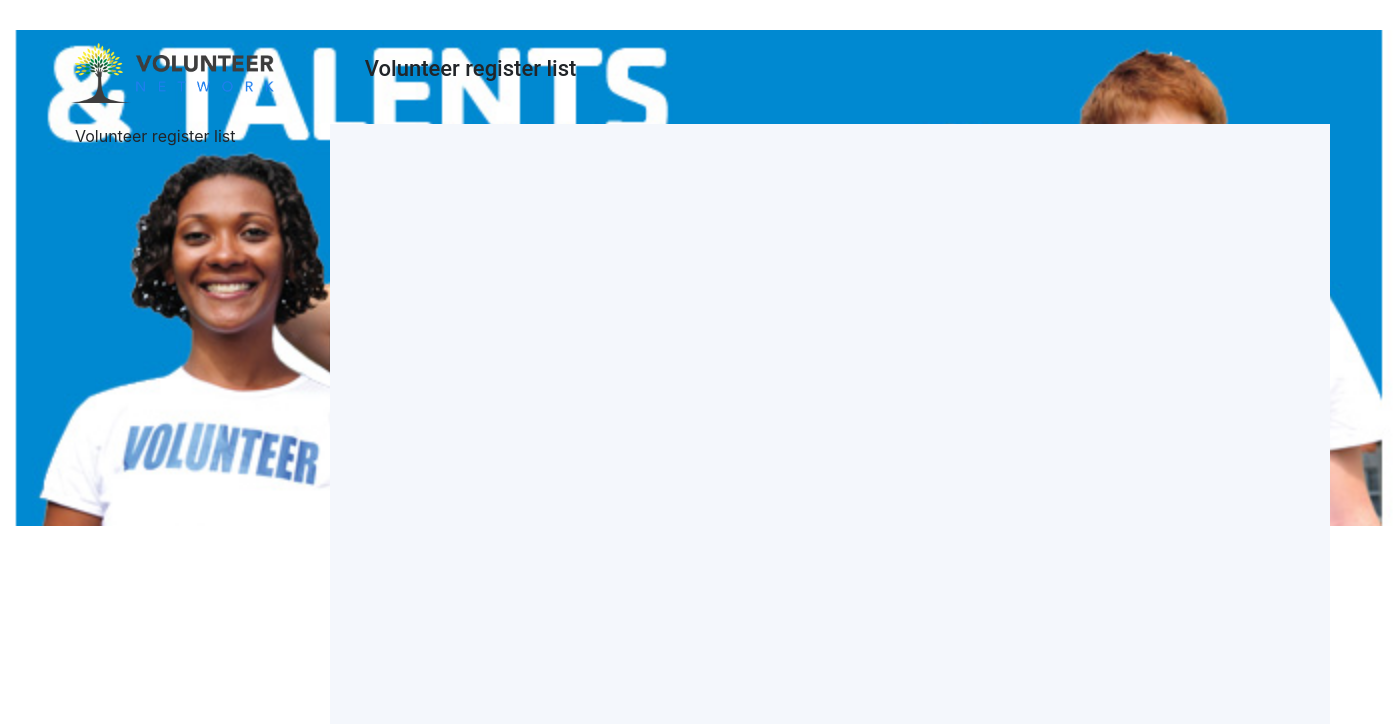
Repository: MdTahsinAmin/volunteer-network-client
Page: /adminPanel
An editor plug-in stored every save of this project. The page is shown before and after the next save, followed by the edit.
The browser window is 1280 px wide. The page is 1400 px wide, so the pictures cover 1400 px, including what lies to the right of the window. The pictures show the whole page.
The project was rebuilt for these pictures with package versions that can differ from the ones it lists, and the page was loaded fresh each time.

Above is the page before, as saved 2020-10-04 23:26:25.

After the next save:
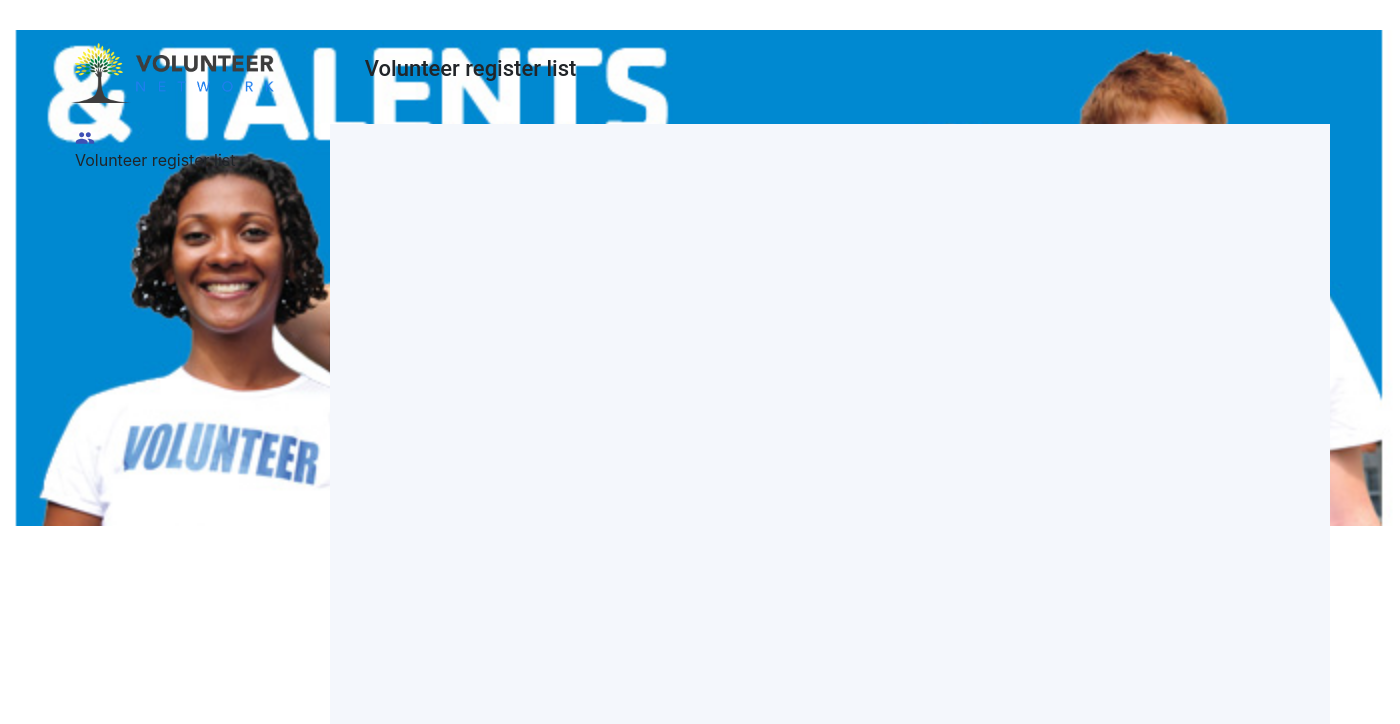
Saved 12 min 43 s later.
--- a/src/components/AdminPanel/AdminPanel.js
+++ b/src/components/AdminPanel/AdminPanel.js
@@ -1,11 +1,12 @@
 import React from 'react';
 import './AdminPanel.css';
 import GroupIcon from '@material-ui/icons/Group';
+
 const AdminPanel = () => {
     return (
         <div className="adminPanel-section">
             <div className="section-panel">
-                <p>Volunteer register list</p>
+              <GroupIcon fontSize="small" color="primary"></GroupIcon><p>Volunteer register list</p>
             </div>
             <div className='Volunteer-list'>
 
